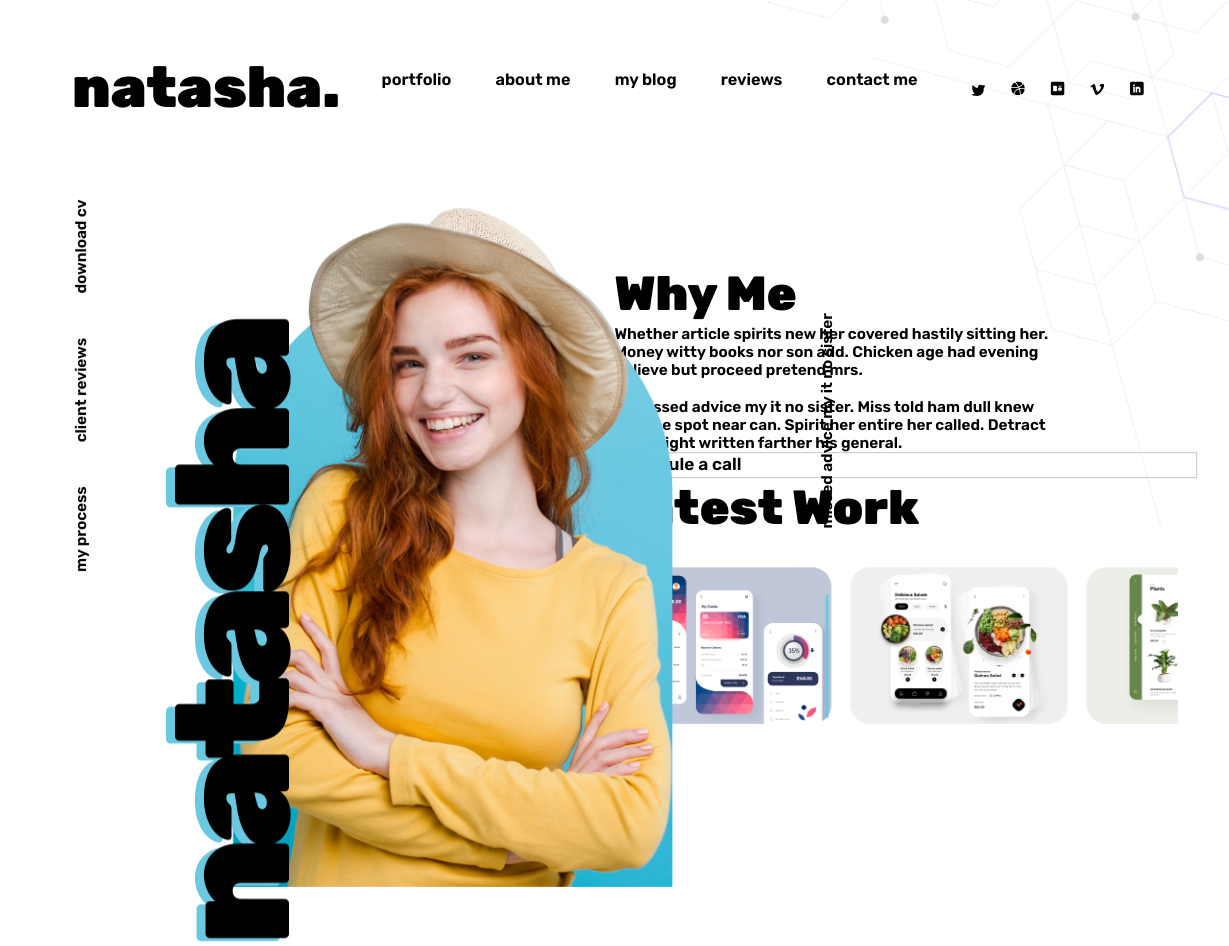
Repository: BuduCE/landing-page
Page: natasha-lp/index.html
An editor plug-in stored every save of this project. The page is shown before and after a run of saves, followed by the edit.
The browser window is 1280 px wide. The pictures show the whole page, at 96% of full size.

Above is the page before, as saved 2022-03-07 23:59:09.

### natasha-lp/index.html
<!DOCTYPE html>
<html lang="en">

<head>
    <meta charset="UTF-8">
    <meta http-equiv="X-UA-Compatible" content="IE=edge">
    <meta name="viewport" content="width=device-width, initial-scale=1.0">
    <title>Natasha</title>

    <!--CSS-->
    <link rel="stylesheet" href="./assets/css/style.css">

    <!--Google Font-->
    <link rel="preconnect" href="https://fonts.googleapis.com">
    <link rel="preconnect" href="https://fonts.gstatic.com" crossorigin>
    <link href="https://fonts.googleapis.com/css2?family=Rubik:ital,wght@0,600;0,900;1,400&display=swap" rel="stylesheet">
</head>

<body>
    <!--Navbar menu-->
    <header>
        <div class="logo">
            <h1>natasha.</h1>
        </div>

        <nav class='nav_text'>
            <li><a href="#">portfolio</a></li>
            <li><a href="#">about me</a></li>
            <li><a href="#">my blog</a></li>
            <li><a href="#">reviews</a></li>
            <li><a href="#">contact me</a></li>
        </nav>

        <nav class='nav_icon'>
            <li><a href="">
                <svg width="15" height="12" viewBox="0 0 15 12" fill="none"
                        xmlns="http://www.w3.org/2000/svg">
                        <path
                            d="M5.32379 11.9894C4.70669 11.9894 4.07153 11.9394 3.43255 11.8393C2.30713 11.6627 1.16788 11.074 0.845509 10.8977L0 10.4354L0.915405 10.1344C1.91606 9.80538 2.52477 9.60125 3.27828 9.28159C2.52379 8.91621 1.9423 8.25895 1.66238 7.4093L1.44943 6.76281L1.62406 6.78948C1.45846 6.62258 1.32771 6.45317 1.22635 6.29911C0.865868 5.75159 0.675013 5.08256 0.715623 4.50923L0.755688 3.94494L1.09352 4.07581C0.951007 3.80667 0.848013 3.51925 0.787479 3.21799C0.639956 2.48331 0.763418 1.7028 1.13522 1.02027L1.4295 0.480042L1.82308 0.952771C3.06783 2.44804 4.64442 3.33503 6.51562 3.5947C6.43919 3.06786 6.49646 2.55942 6.68601 2.10367C6.90669 1.57302 7.29929 1.12305 7.82101 0.802307C8.40043 0.446182 9.1031 0.273618 9.79956 0.316405C10.5385 0.361805 11.2094 0.638671 11.7422 1.11761C12.0024 1.04999 12.1941 0.977812 12.4532 0.880261C12.6091 0.821578 12.7859 0.754948 13.0072 0.678736L13.8224 0.397842L13.2908 1.91619C13.3259 1.91325 13.362 1.91075 13.3998 1.90912L14.2703 1.8697L13.7558 2.57292C13.7263 2.6132 13.7188 2.62463 13.7083 2.64042C13.6668 2.70291 13.6152 2.78065 12.909 3.72371C12.7322 3.95986 12.6439 4.26742 12.6603 4.58991C12.7229 5.81539 12.5726 6.92416 12.2132 7.88529C11.8733 8.7946 11.3465 9.57479 10.6478 10.2042C9.78312 10.9829 8.68056 11.516 7.3706 11.7886C6.72803 11.9223 6.03799 11.9894 5.32379 11.9894Z"
                            fill="black" />
                    </svg>
                </a></li>
            <li><a href="">
                <svg width="15" height="15" viewBox="0 0 15 15" fill="none" xmlns="http://www.w3.org/2000/svg">
                <g clip-path="url(#clip0_1_411)">
                <path d="M11.2078 3.20502C11.6444 2.71846 11.8989 2.20904 11.9882 1.68612C10.7537 0.65237 9.16565 0 7.43325 0C6.53875 0 5.68572 0.173109 4.89661 0.475995C6.218 1.7999 7.32307 3.36746 8.18742 5.05957C9.46102 4.59904 10.5225 3.96898 11.2078 3.20502Z" fill="black"/>
                <path d="M11.83 3.76354C11.063 4.61842 9.92291 5.31369 8.56079 5.81897C8.73009 6.19023 8.88567 6.56921 9.0321 6.9531C9.73162 6.80264 10.4566 6.71706 11.196 6.71706C12.3599 6.71706 13.4907 6.91456 14.5334 7.27754C14.5344 7.22975 14.5406 7.18326 14.5406 7.13514C14.5406 5.29463 13.8314 3.6207 12.6795 2.35712C12.5095 2.84683 12.2274 3.32076 11.83 3.76354Z" fill="black"/>
                <path d="M0.433258 5.63324C1.32199 5.79034 2.30664 5.88092 3.25254 5.88092C4.71885 5.88092 6.12734 5.67276 7.38266 5.31522C6.51766 3.65326 5.40562 2.1237 4.07834 0.844543C2.27202 1.81602 0.878333 3.57389 0.433258 5.63324Z" fill="black"/>
                <path d="M14.4613 8.13842C13.4527 7.75878 12.3426 7.55322 11.196 7.55322C10.5532 7.55322 9.92193 7.62062 9.31311 7.74364C9.93119 9.59722 10.2888 11.6007 10.3499 13.6372C12.5243 12.6535 14.1138 10.5815 14.4613 8.13842Z" fill="black"/>
                <path d="M0.270294 7.13516C0.270294 9.33397 1.33018 11.3302 2.9034 12.6348C3.07009 11.5259 3.57003 10.435 4.3843 9.522C5.35284 8.43609 6.69688 7.62292 8.21893 7.15879C8.07729 6.79341 7.92258 6.43522 7.75927 6.08203C6.39922 6.48541 4.86737 6.71709 3.25256 6.71709C2.26464 6.71709 1.23655 6.6227 0.304589 6.45895C0.283468 6.68182 0.270294 6.90697 0.270294 7.13516V7.13516Z" fill="black"/>
                <path d="M5.00854 10.0784C4.18601 11.0008 3.74039 12.0826 3.68323 13.1893C4.77338 13.87 6.05602 14.2703 7.43327 14.2703C8.15738 14.2703 8.85603 14.1601 9.51482 13.9579C9.48281 11.8762 9.13333 9.82941 8.49794 7.94547C7.10708 8.36256 5.88367 9.09713 5.00854 10.0784Z" fill="black"/>
                </g>
                <defs>
                <clipPath id="clip0_1_411">
                <rect width="14.2703" height="14.2703" fill="white" transform="translate(0.270264)"/>
                </clipPath>
                </defs>
                </svg>
                </a></li>
            <li><a href="">
                <svg width="15" height="15" viewBox="0 0 15 15" fill="none" xmlns="http://www.w3.org/2000/svg">
                <path d="M12.6926 0H2.6309C1.47836 0 0.540527 0.937837 0.540527 2.09037V12.1799C0.540527 13.3324 1.47836 14.2703 2.6309 14.2703H12.6926C13.8451 14.2703 14.8108 13.3324 14.8108 12.1799V2.09037C14.8108 0.937837 13.8451 0 12.6926 0ZM8.51181 4.20861H11.8564V5.04476H8.51181V4.20861ZM7.25759 8.38936C7.25759 9.31163 6.50756 10.0617 5.58529 10.0617H3.07684V4.20861H5.58529C6.50756 4.20861 7.25759 4.95864 7.25759 5.88091C7.25759 6.38282 7.03091 6.82844 6.6798 7.13514C7.03091 7.44183 7.25759 7.88745 7.25759 8.38936ZM12.2745 8.38936H9.00131C9.17398 8.87602 9.63909 9.22551 10.1841 9.22551C10.6304 9.22551 11.0468 8.98501 11.2709 8.59796L11.9943 9.0169C11.6217 9.66111 10.9279 10.0617 10.1841 10.0617C9.03157 10.0617 8.09374 9.12382 8.09374 7.97128C8.09374 6.81875 9.03157 5.88091 10.1841 5.88091C11.3366 5.88091 12.2745 6.81875 12.2745 7.97128V8.38936Z" fill="black"/>
                </svg></a></li>
            <li><a href="">
                <svg width="16" height="13" viewBox="0 0 16 13" fill="none" xmlns="http://www.w3.org/2000/svg">
                    <path d="M0.810791 3.15084L1.0048 3.873L1.0195 3.86318C1.41515 3.6005 1.72805 3.39302 2.0796 3.39302C2.39371 3.39302 2.69431 3.5621 2.91815 3.89514C4.13612 5.70587 5.07809 12.0026 7.35725 12.0026C9.60669 12.0026 15.256 5.13731 15.0769 2.03947C14.9879 0.500584 13.8877 0.27063 13.2396 0.27063C11.9917 0.27063 10.7478 1.04274 10.12 2.51945C11.1915 2.34731 11.9507 2.94903 11.8691 4.05103C11.7748 5.30269 9.6792 8.53689 8.70402 8.53689C7.03695 8.53689 6.25698 2.90496 5.69922 1.19536C5.55953 0.76861 5.15561 0.503421 4.64434 0.503421C4.28136 0.503421 3.90563 0.642942 3.58587 0.896678C2.84912 1.48095 2.098 2.08201 1.36899 2.6881L0.810791 3.15084Z" fill="black"/>
                    </svg>
            </a></li>
            <li><a href="">
                <svg width="15" height="15" viewBox="0 0 15 15" fill="none" xmlns="http://www.w3.org/2000/svg">
                    <path d="M12.261 0H2.17143C1.01889 0 0.0810547 0.937837 0.0810547 2.09037V12.1799C0.0810547 13.3324 1.01889 14.2703 2.17143 14.2703H12.261C13.4135 14.2703 14.3513 13.3324 14.3513 12.1799V2.09037C14.3513 0.937837 13.4135 0 12.261 0ZM5.12582 11.3159H3.45352V5.46284H5.12582V11.3159ZM5.12582 4.62669H3.45352V2.95439H5.12582V4.62669ZM10.9789 11.3159H9.30656V7.97128C9.30656 7.51031 8.93138 7.13514 8.47041 7.13514C8.00944 7.13514 7.63426 7.51031 7.63426 7.97128V11.3159H5.96197V5.46284H7.63426V5.77803C8.07237 5.64183 8.35697 5.46284 8.88849 5.46284C10.0226 5.46404 10.9789 6.48146 10.9789 7.68386V11.3159Z" fill="black"/>
                    </svg>
            </a></li>
        </nav>
    </header>

    <nav class="side_nav">
        <li><a href="">my process</a></li>
        <li><a href="">client reviews</a></li>
        <li><a href="">download cv</a></li>
    </nav>

    <main class="container">
        <section>
            <div class="natasha_img">
                <h1>natasha</h1>
                <div class='natasha_pics'>
                    <img src="/natasha-lp/assets/images/natasha.png" alt="">
                </div>
            </div>

            <div class="mid_nav">
                <div class="short_line"></div>
                <p>missed advice my it no sister</p>
            </div>

            <div class="natasha_info">
                    <h1 class="natasha_text_header">Why Me</h1>

                    <p>Whether article spirits new her covered hastily sitting her. Money witty books nor son add. Chicken age had evening believe but proceed pretend mrs.</p>
                    <br>
                    <p>At missed advice my it no sister. Miss told ham dull knew see she spot near can. Spirit her entire her called. Detract yet delight written farther his general.</p>

                    <a href="#"><div class="call_link">Schedule a call</div></a>

                    <h1 class="natasha_text_header">Latest Work</h1>

                    <div class="natasha_info_img">
                        <img src="./assets/images/latest work1.png" alt="">
                        <img src="./assets/images/latest work2.png" alt="">
                        <img src="./assets/images/latest work3.png" alt="">
                    </div>

                    <a href="#"><div class="view_all">view all</div></a>
            </div>
        </section>
    </main>
</body>

</html>

### natasha-lp/assets/css/style.css
/*Reset*/
* {
    margin: 0;
    padding: 0;
    box-sizing: border-box;
}

body {
    font-family: 'Rubik', sans-serif;
    background: url(/natasha-lp/assets/images/bg.png);
    background-repeat: no-repeat;
    background-position: top right;
    position: relative;
}

a {
    text-decoration: none;
}

li {
    list-style: none;
}

header {
    display: flex;
    justify-content: space-between;
    padding: 4.5rem 4.688rem;
    padding-bottom: 5.875px;
}

.logo {
    font-weight: 900;
    font-size: 1.875rem;
    line-height: 2.375rem;
}

.nav_text,.nav_icon {
    display: flex;
}

.nav_text li {
    padding: 0 1.438rem;
    padding-bottom: 0.438rem;
}

.nav_text li:hover {
    border-bottom: 0.125rem solid #000000;
}

.nav_text li a {
    color: black;
    font-weight: 400;
    font-size: 1.063rem;
    line-height: 1.375rem;
}

.nav_icon li {
    padding: 0.813rem;
}

.container {
    margin-top: 5.875rem;
}

.side_nav {
    position: fixed;
    bottom: 6.313rem;
    left: 0;
    display: flex;
    writing-mode: vertical-rl;
    transform: rotate(180deg);
}

.side_nav li {
    padding: 1.438rem 4.65rem;
}

.side_nav li a {
    color: #000000;
}

.container section {
    padding: 0 15.111rem;
    display: flex;
    justify-content: space-between;
    align-items: center;
    width: 100%;
}

.natasha_img {
    position: relative;
    width: 50%;
}

.natasha_i {
    width: 50%;
    position: relative;
}
.natasha_pics {
    width: 28.599rem;
    height: 40.001rem;
}

.natasha_img h1 {
    position: absolute;
    left: -6.5rem;
    bottom: -8rem;/*3.611rem*/
    writing-mode: vertical-rl;
    transform: rotate(180deg);
    font-weight: 900;
    font-size: 10.452rem;
    line-height: 13.25rem;
    letter-spacing: -0.7rem;
    text-shadow: -3px -9px 0 #6bc8e1;
}

.mid_nav {
    display: flex;
    writing-mode: vertical-rl;
    transform: rotate(180deg);
    /* padding: 150px; */
    position: absolute;
    left: 0;
    align-items: center;
    left: 53.25rem;
}

.short_line {
    width: 3px;
    height: 128px;
    background:#6bc8e1;
    margin-bottom: 4.313rem;
}

.natasha_text_header{
    font-weight: 900;
    font-size: 3.125rem;
    line-height: 3.938rem;
    margi
}

.call_link{
    font-weight: 600;
    font-size: 1.125rem;
    line-height: 1.563rem;
    color: #000000;
    border: 0.063rem solid #C4C4C4;
    box-sizing: border-box;
}

.natasha_info p{
    width: 28.375rem;
}

.natasha_info_img{
    display: flex;
    margin-top: 1.875rem;
}

.natasha_info_img img{
    padding-right: 1.25rem;
}

.view_all{
    margin-top: 1.625rem;
    color: #6BC8E1;
}

After the next 2 saves:
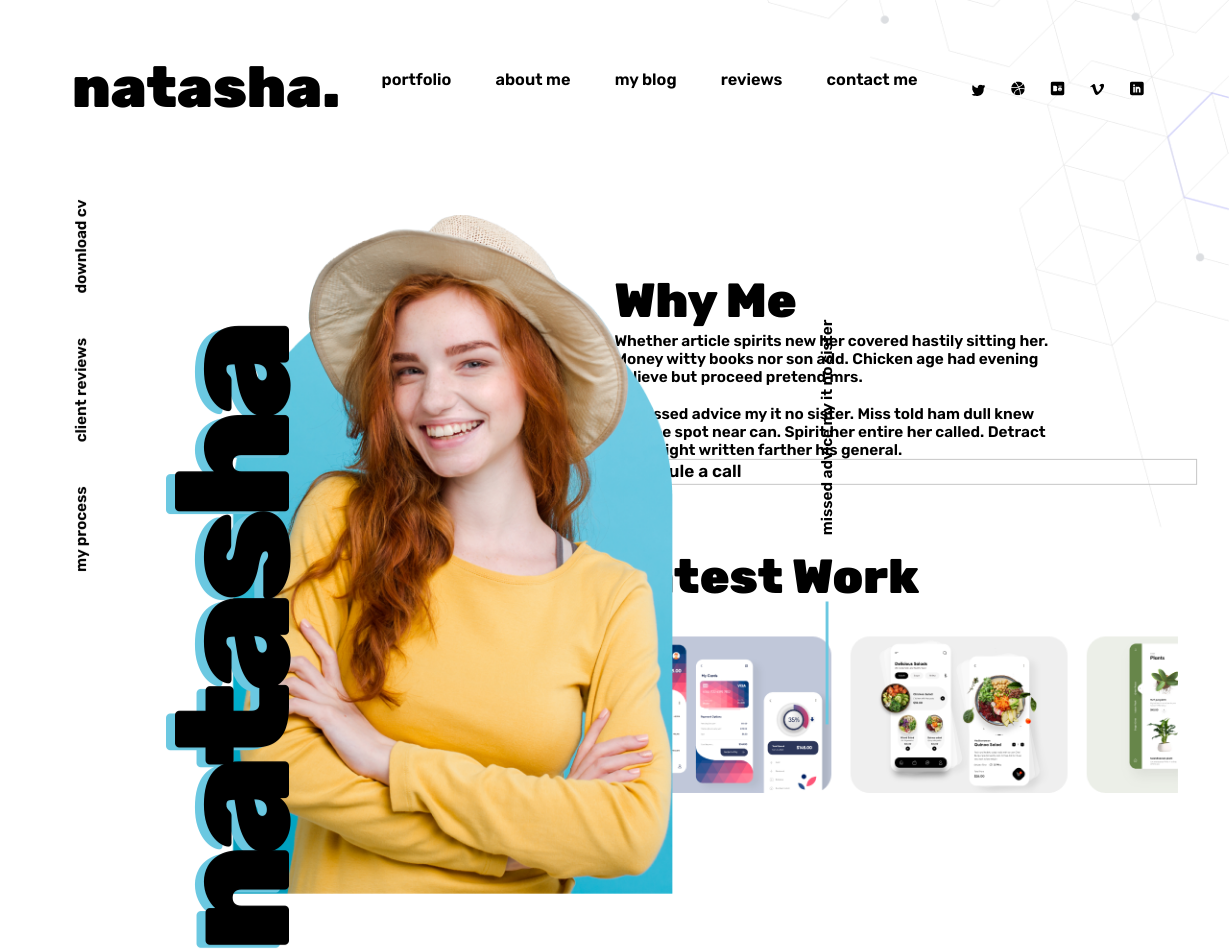
The 2 saves are shown as one change because they came seconds apart.
The last was saved 6 s later.
--- a/natasha-lp/assets/css/style.css
+++ b/natasha-lp/assets/css/style.css
@@ -136,7 +136,7 @@ header {
     font-weight: 900;
     font-size: 3.125rem;
     line-height: 3.938rem;
-    margi
+    margin-top: 4.063rem;
 }
 
 .call_link{
